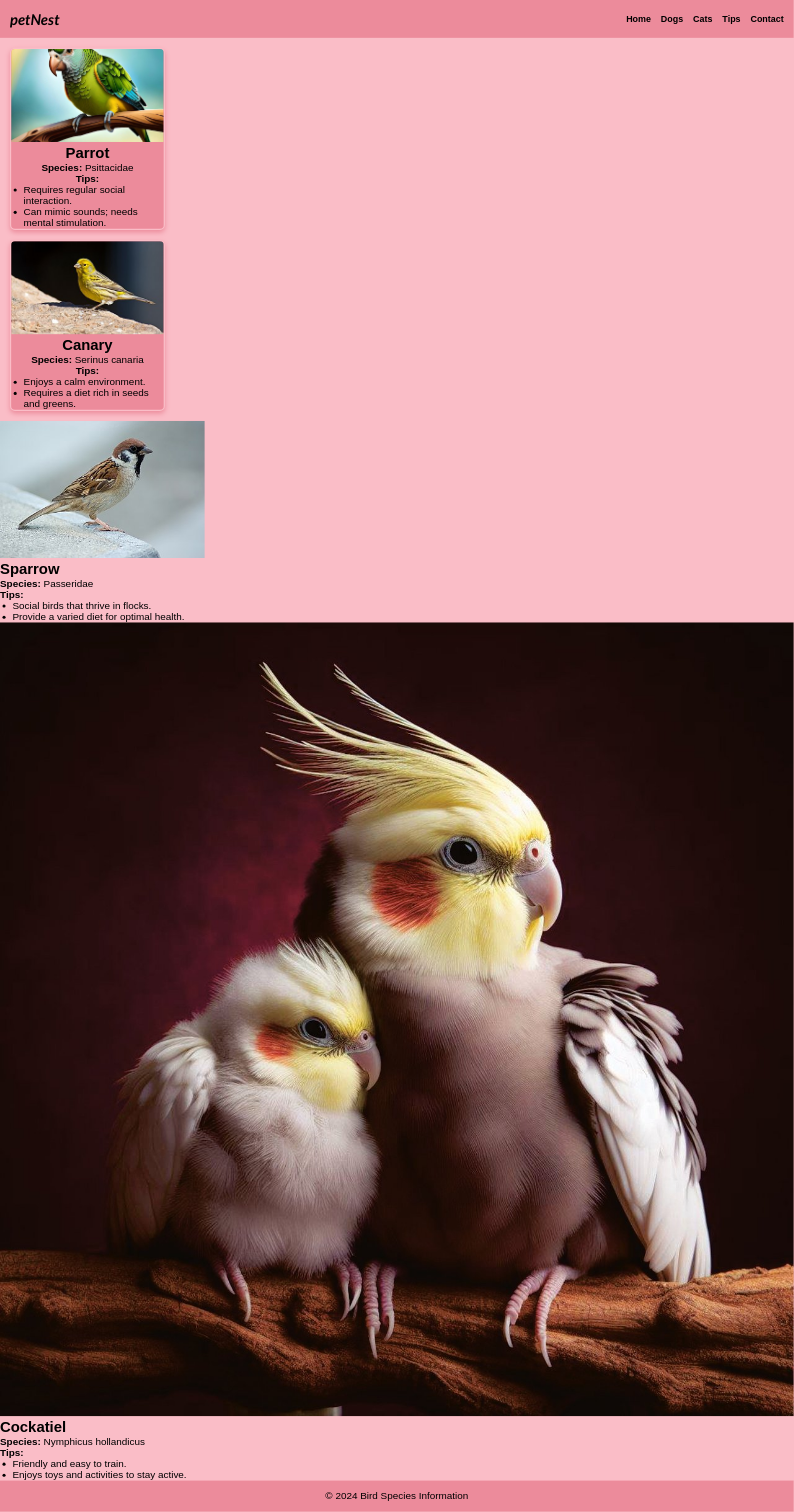
Repository: SHAHZADcodr/pet_care
Page: pages/bird.html
The author's editor kept a copy of each file at every save. The page is drawn from the files as they stood at one save, then again after a run of saves.
The browser window is 1280 px wide. The pictures show the whole page, at 62% of full size.

Above is the page before, as saved 2024-11-04 23:08:35.

After the next 4 saves:
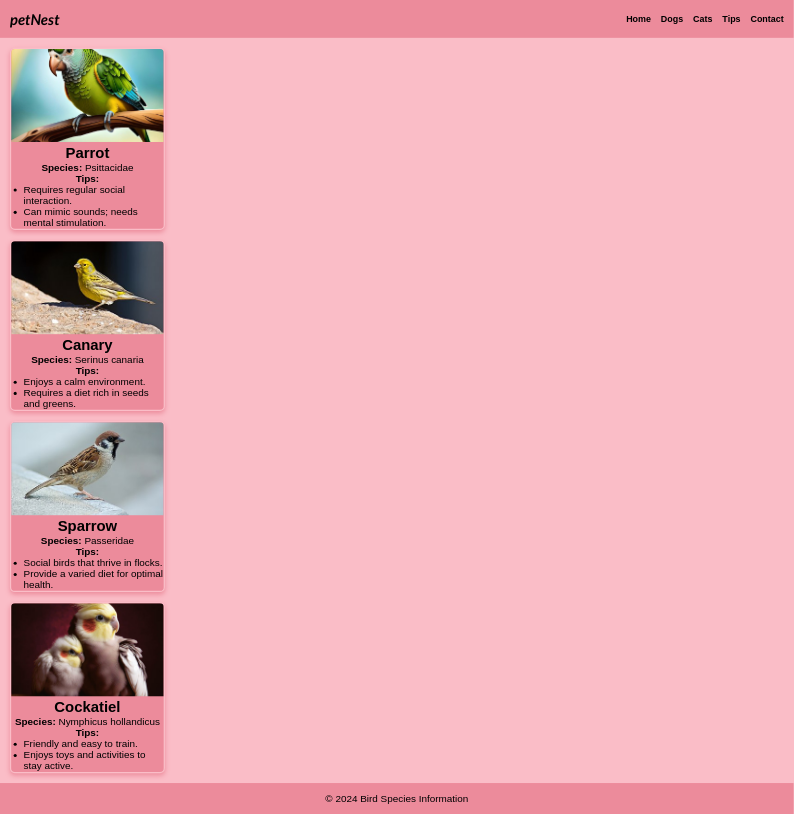
The 4 saves are shown as one change because they came seconds apart.
The last was saved 16 s later.
--- a/pages/bird.html
+++ b/pages/bird.html
@@ -40,8 +40,8 @@
                 <li>Requires a diet rich in seeds and greens.</li>
             </ul>
         </div>
-        <div class="bird-card">
-            <img src="../birdImages/sparrow.jpg" alt="Sparrow" class="bird-image">
+        <div class="card">
+            <img src="../birdImages/sparrow.jpg" alt="Sparrow" class="image">
             <h2>Sparrow</h2>
             <p><strong>Species:</strong> Passeridae</p>
             <p><strong>Tips:</strong></p>
@@ -50,8 +50,8 @@
                 <li>Provide a varied diet for optimal health.</li>
             </ul>
         </div>
-        <div class="bird-card">
-            <img src="../birdImages/cockatiel.jpg" alt="Cockatiel" class="bird-image">
+        <div class="card">
+            <img src="../birdImages/cockatiel.jpg" alt="Cockatiel" class="image">
             <h2>Cockatiel</h2>
             <p><strong>Species:</strong> Nymphicus hollandicus</p>
             <p><strong>Tips:</strong></p>
